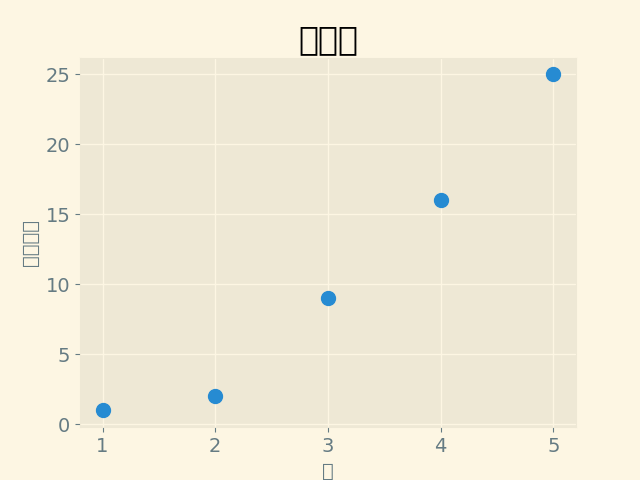
Repository: wh-debug/Matplotlib
Script's output: python make_scatter.py
These files come from the project's save history. The script's output is drawn as it stood at one moment and after the next save; the edit follows.
Random numbers start from a fixed seed.

Above is the script's output before, as saved 2021-02-23 15:20:21.

### make_scatter.py
'''
Author: your name
Date: 2021-02-20 08:00:13
LastEditTime: 2021-02-23 15:20:21
LastEditors: Please set LastEditors
Description: In User Settings Edit
FilePath: \Matplotlib\make_scatter.py
'''
import matplotlib.pyplot as plt

x_value = [1, 2, 3, 4, 5]
y_value = [1, 2, 9, 16, 25]

plt.style.use('Solarize_Light2')
fig, ax = plt.subplots()
ax.scatter(x_value, y_value, s=100) #todo 其中s=200是指定点的大小

ax.set_title("平方数", fontsize=24)
ax.set_xlabel("值", fontsize=14)
ax.set_ylabel("值的平方", fontsize=14)

ax.tick_params(axis='both', which='major', labelsize=14)

plt.show()

After the next save:
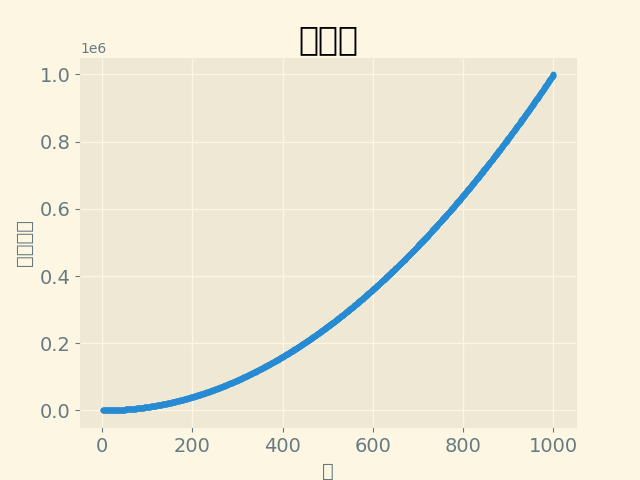
Saved 69 s later.
--- a/make_scatter.py
+++ b/make_scatter.py
@@ -1,19 +1,19 @@
 '''
 Author: your name
 Date: 2021-02-20 08:00:13
-LastEditTime: 2021-02-23 15:20:21
+LastEditTime: 2021-02-23 15:21:30
 LastEditors: Please set LastEditors
 Description: In User Settings Edit
 FilePath: \Matplotlib\make_scatter.py
 '''
 import matplotlib.pyplot as plt
 
-x_value = [1, 2, 3, 4, 5]
-y_value = [1, 2, 9, 16, 25]
+x_value = range(1, 1001)
+y_value = [x**2 for x in x_value]
 
 plt.style.use('Solarize_Light2')
 fig, ax = plt.subplots()
-ax.scatter(x_value, y_value, s=100) #todo 其中s=200是指定点的大小
+ax.scatter(x_value, y_value, s=10) #todo 其中s=200是指定点的大小
 
 ax.set_title("平方数", fontsize=24)
 ax.set_xlabel("值", fontsize=14)
